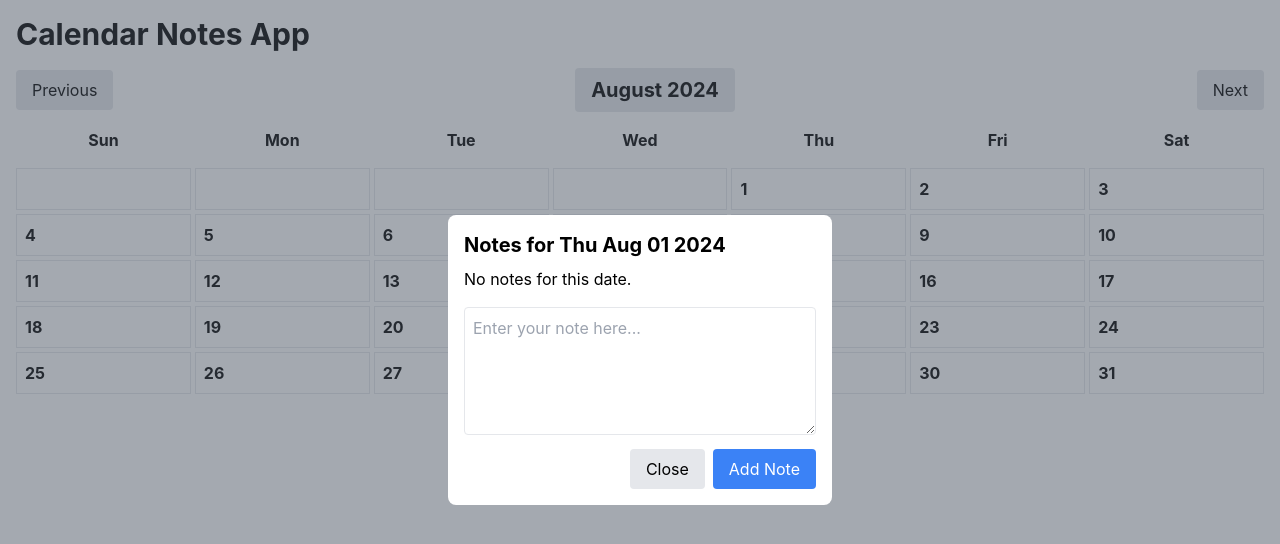
Repository: boogerjosh/Calendar-Notes-App
Page: /, after clicking the first element matching `div.cursor-pointer`
The author's editor kept a copy of each file at every save. The page is drawn from the files as they stood at one save, then again after the next save.
The browser window is 1280 px wide. The pictures show the whole page.
The project was rebuilt for these pictures with package versions that can differ from the ones it lists, and the page was loaded fresh each time.

Above is the page before, as saved 2024-08-04 07:48:07.

After the next save:
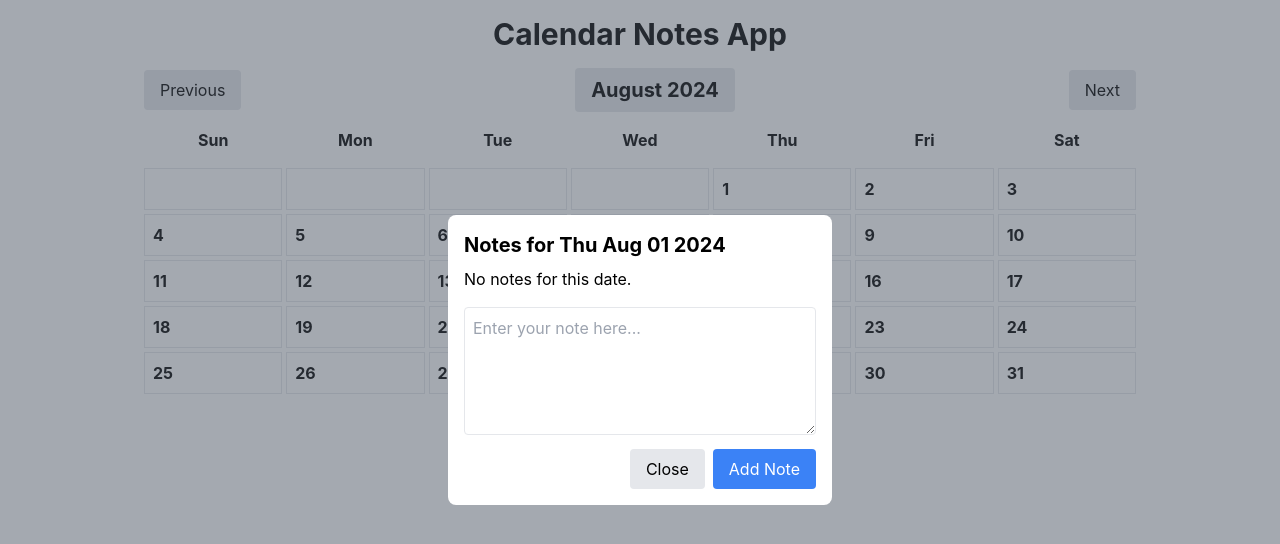
Saved 3 min 0 s later.
--- a/src/App.tsx
+++ b/src/App.tsx
@@ -21,7 +21,7 @@ const App: React.FC = () => {
   const handleAddNote = (content: string) => {
     if (selectedDate) {
       const newNote: Note = {
-        id: Date.now().toString(), // Simple unique ID
+        id: Date.now().toString(),
         date: selectedDate,
         content
       };
@@ -35,8 +35,8 @@ const App: React.FC = () => {
   };
 
   return (
-    <div className="container mx-auto p-4">
-      <h1 className="text-3xl font-bold mb-4">Calendar Notes App</h1>
+    <div className="container mx-auto p-4 max-w-screen-lg">
+      <h1 className="text-2xl md:text-3xl font-bold mb-4 text-center">Calendar Notes App</h1>
       <Calendar onDateClick={handleDateClick} notes={notes} />
       {isModalOpen && selectedDate && (
         <NoteModal
